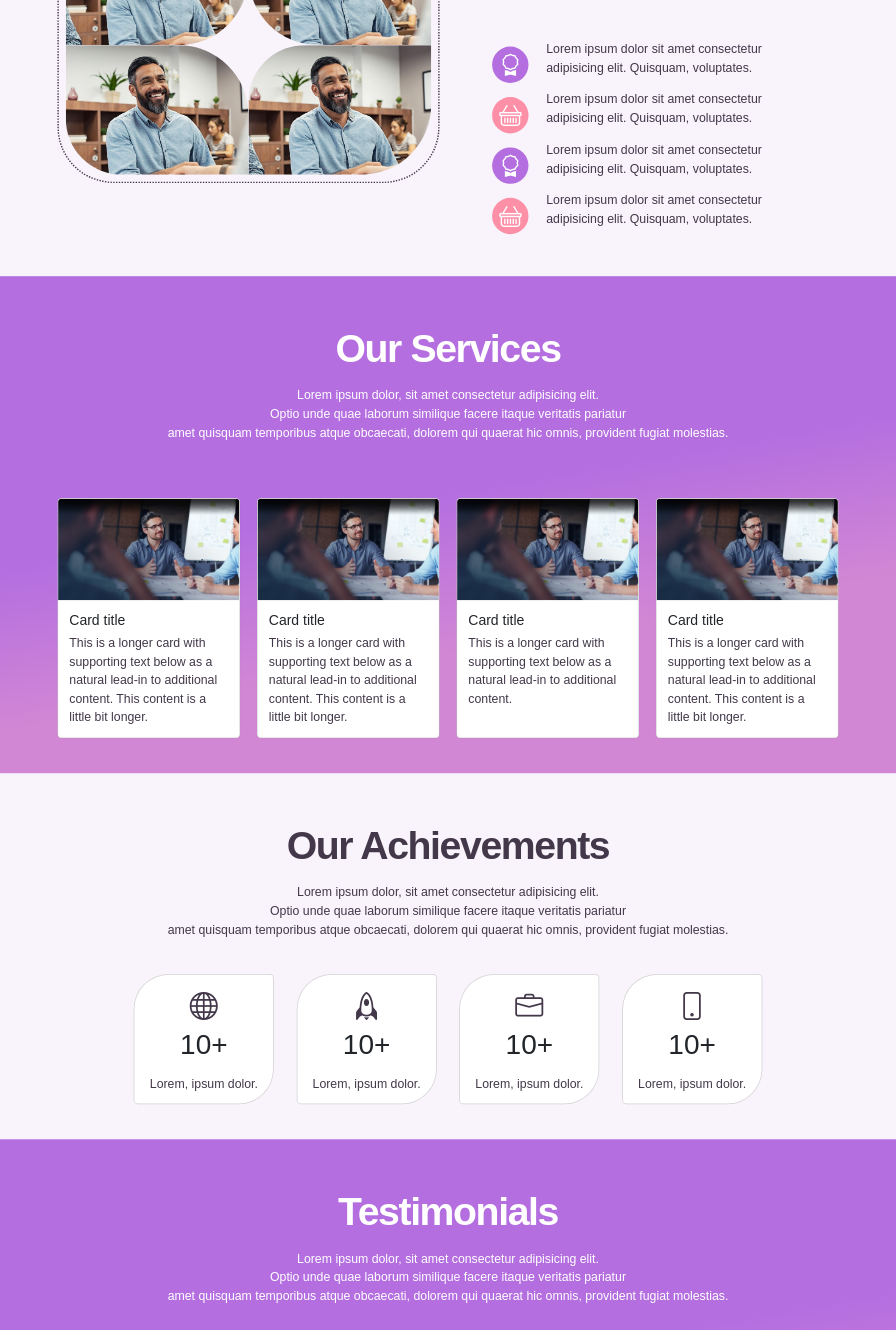
Repository: tagnam/project27012025
Page: index.html
An editor plug-in stored every save of this project. The page is shown before and after a run of saves, followed by the edit.
The browser window is 1280 px wide. The pictures show the part of the page from y = 1021 to 2921 px (the page is 3402 px tall before and 3189 px after), at 70% of full size.
A picture or video elsewhere on the page could not be fetched, so the positions and the page height are approximate.

Above is the page before, as saved 2025-01-28 12:55:46.

### index.html
<!DOCTYPE html>
<html lang="en">
    <head>
        <meta charset="UTF-8" />
        <meta name="viewport" content="width=device-width, initial-scale=1.0" />
        <link href="https://cdn.jsdelivr.net/npm/bootstrap@5.3.3/dist/css/bootstrap.min.css" rel="stylesheet" integrity="sha384-QWTKZyjpPEjISv5WaRU9OFeRpok6YctnYmDr5pNlyT2bRjXh0JMhjY6hW+ALEwIH" crossorigin="anonymous" />
        <link rel="stylesheet" href="style/css/index.css" />
        <link rel="stylesheet" href="style/css/animation.css" />
        <link rel="stylesheet" href="style/css/responsive.css" />
        <title>project27012025</title>
    </head>
    <body>
        <header>
            <!-- --------------------------------------------start nav bar ------------------------------->
            <nav class="navbar navbar-expand-lg custom-nav">
                <div class="container">
                    <div class="collapse navbar-collapse justify-content-between" id="navbarSupportedContent">
                        <a class="navbar-brand" href="#">Navbar</a>
                        <ul class="navbar-nav">
                            <li class="nav-item">
                                <a class="nav-link" href="#"><i class="bi bi-facebook"></i></a>
                            </li>
                            <li class="nav-item">
                                <a class="nav-link" href="#"><i class="bi bi-instagram"></i></a>
                            </li>
                            <li class="nav-item">
                                <a class="nav-link" href="#"><i class="bi bi-twitter"></i></a>
                            </li>
                        </ul>
                        <div class="d-flex">
                            <div class="menu-container" type="button" data-bs-toggle="offcanvas" data-bs-target="#offcanvasExample" aria-controls="offcanvasExample">
                                <span class="span-menu-01 menu-icon"></span>
                                <span class="span-menu-02 menu-icon"></span>
                                <span class="span-menu-03 menu-icon"></span>
                            </div>
                        </div>
                    </div>
                </div>
            </nav>

            <!-- ------------------------------start offcanvas ---------------------------------------->
            <div class="offcanvas offcanvas-start" tabindex="-1" id="offcanvasExample" aria-labelledby="offcanvasExampleLabel">
                <div class="offcanvas-header">
                    <h5 class="offcanvas-title" id="offcanvasExampleLabel">Offcanvas</h5>
                    <button type="button" class="btn-close text-reset" data-bs-dismiss="offcanvas" aria-label="Close"></button>
                </div>
                <div class="offcanvas-body">
                    <div>
                        Some text as placeholder. In real life you can have the elements you have chosen. Like, text, images, lists, etc.
                    </div>
                    <div class="dropdown mt-3">
                        <button class="btn btn-secondary dropdown-toggle" type="button" id="dropdownMenuButton" data-bs-toggle="dropdown">
                            Dropdown button
                        </button>
                        <ul class="dropdown-menu" aria-labelledby="dropdownMenuButton">
                            <li><a class="dropdown-item" href="#">Action</a></li>
                            <li><a class="dropdown-item" href="#">Another action</a></li>
                            <li><a class="dropdown-item" href="#">Something else here</a></li>
                        </ul>
                    </div>
                </div>
            </div>
            <!-- -----------------------------end offcanvas ------------------------------------------->
            <!------------------------------------------------ end navbar ----------------------------->
        </header>
        <section class="hero-section">
            <div class="container" style="height: 100%;">
                <div class="row">
                    <div class="col-lg-6 col-md-6 col-sm-12">
                        <div class="banner-content">
                            <h1>Lorem ipsum dolor dolor sit amet, consectetur</h1>
                            <p>
                                Lorem ipsum dolor sit amet, consectetur adipisicing elit. Doloribus in culpa ipsa, amet ad<br />
                                eveniet. Fugiat architecto atque consequuntur repellendus!
                            </p>
                            <button class="btn btn-primary">Get Started</button>
                        </div>
                    </div>
                    <div class="col-lg-6 col-md-6 col-sm-12">
                        <div class="banner-img d-flex justify-content-end">
                            <img src="image/hero-banner-01.webp" class="w-100" alt="" />
                        </div>
                    </div>
                </div>

            </div>
        </section>
        <section class="client-section">
            <div class="container-fluid">
                <div class="row row-cols-3 row-cols-md-6 g-4">
                    <div class="col client-logo">
                        <a class="navbar-brand w-25" href="#">Navbar</a>
                    </div>
                    <div class="col client-logo">
                        <a class="navbar-brand w-25" href="#">Navbar</a>
                    </div>
                    <div class="col client-logo">
                        <a class="navbar-brand w-25" href="#">Navbar</a>
                    </div>
                    <div class="col client-logo">
                        <a class="navbar-brand w-25" href="#">Navbar</a>
                    </div>
                    <div class="col client-logo">
                        <a class="navbar-brand w-25" href="#">Navbar</a>
                    </div>
                    <div class="col client-logo">
                        <a class="navbar-brand w-25" href="#">Navbar</a>
                    </div>
                </div>
            </div>
        </section>

        <section>
            <div class="container">
                <div class="row">
                    <div class="col-lg-6 col-md-6 col-sm-12">
                        <div class="about-row row row-cols-1 row-cols-md-2 g-0">
                            <div class="col">
                                <div class="img">
                                    <img src="image/elearning-08.jpg" class="about-row-img-01 w-100" alt="" />
                                </div>
                            </div>
                            <div class="col">
                                <div class="img">
                                    <img src="image/elearning-08.jpg" class="about-row-img-02 w-100" alt="" />
                                </div>
                            </div>
                            <div class="col">
                                <div class="img">
                                    <img src="image/elearning-08.jpg" class="about-row-img-03 w-100" alt="" />
                                </div>
                            </div>
                            <div class="col">
                                <div class="img">
                                    <img src="image/elearning-08.jpg" class="about-row-img-04 w-100" alt="" />
                                </div>
                            </div>
                        </div>
                    </div>
                    <div class="col-lg-6 col-md-6 col-sm-12">
                        <div class="about-content">
                            <div class="main-heading">
                                <h2>About Us</h2>
                                <p>
                                    Lorem ipsum dolor, sit amet consectetur adipisicing elit. Optio unde quae laborum similique facere itaque veritatis pariatur amet quisquam temporibus atque obcaecati, dolorem qui quaerat hic omnis,
                                    provident fugiat molestias.
                                </p>
                            </div>
                            <div class="about-list">
                                <div class="row">
                                    <div class="col-md-2">
                                        <div class="about-icon">
                                            <i class="bi bi-award"></i>
                                        </div>
                                    </div>
                                    <div class="col-md-10">
                                        <div class="about-text">
                                            <p>Lorem ipsum dolor sit amet consectetur adipisicing elit. Quisquam, voluptates.</p>
                                        </div>
                                    </div>
                                </div>
                                <div class="row">
                                    <div class="col-md-2">
                                        <div class="about-icon">
                                            <i class="bi bi-basket"></i>
                                        </div>
                                    </div>
                                    <div class="col-md-10">
                                        <div class="about-text">
                                            <p>Lorem ipsum dolor sit amet consectetur adipisicing elit. Quisquam, voluptates.</p>
                                        </div>
                                    </div>
                                </div>
                                <div class="row">
                                    <div class="col-md-2">
                                        <div class="about-icon">
                                            <i class="bi bi-award"></i>
                                        </div>
                                    </div>
                                    <div class="col-md-10">
                                        <div class="about-text">
                                            <p>Lorem ipsum dolor sit amet consectetur adipisicing elit. Quisquam, voluptates.</p>
                                        </div>
                                    </div>
                                </div>
                                <div class="row">
                                    <div class="col-md-2">
                                        <div class="about-icon">
                                            <i class="bi bi-basket"></i>
                                        </div>
                                    </div>
                                    <div class="col-md-10">
                                        <div class="about-text">
                                            <p>Lorem ipsum dolor sit amet consectetur adipisicing elit. Quisquam, voluptates.</p>
                                        </div>
                                    </div>
                                </div>
                            </div>
                        </div>
                    </div>
                </div>
            </div>
        </section>
        <section class="service-section">
                <div class="container">
                    <div class="main-heading-white">
                        <h2>Our Services</h2>
                        <p>
                            Lorem ipsum dolor, sit amet consectetur adipisicing elit.<br> Optio unde quae laborum similique facere itaque veritatis pariatur <br>amet quisquam temporibus atque obcaecati, dolorem qui quaerat hic omnis,
                            provident fugiat molestias.
                        </p>
                    </div>
                    <div class="row row-cols-1 row-cols-md-4 g-4">
                        <div class="col">
                          <div class="card h-100">
                            <img src="image/business-banner.jpg" class="card-img-top" alt="...">
                            <div class="card-body">
                              <h5 class="card-title">Card title</h5>
                              <p class="card-text">This is a longer card with supporting text below as a natural lead-in to additional content. This content is a little bit longer.</p>
                            </div>
                          </div>
                        </div>
                        <div class="col">
                          <div class="card h-100">
                            <img src="image/business-banner.jpg" class="card-img-top" alt="...">
                            <div class="card-body">
                              <h5 class="card-title">Card title</h5>
                              <p class="card-text">This is a longer card with supporting text below as a natural lead-in to additional content. This content is a little bit longer.</p>
                            </div>
                          </div>
                        </div>
                        <div class="col">
                          <div class="card h-100">
                            <img src="image/business-banner.jpg" class="card-img-top" alt="...">
                            <div class="card-body">
                              <h5 class="card-title">Card title</h5>
                              <p class="card-text">This is a longer card with supporting text below as a natural lead-in to additional content.</p>
                            </div>
                          </div>
                        </div>
                        <div class="col">
                          <div class="card h-100">
                            <img src="image/business-banner.jpg" class="card-img-top" alt="...">
                            <div class="card-body">
                              <h5 class="card-title">Card title</h5>
                              <p class="card-text">This is a longer card with supporting text below as a natural lead-in to additional content. This content is a little bit longer.</p>
                            </div>
                          </div>
                        </div>
                      </div>
                </div>
        </section>
        <section class="counter-section" style="padding: 50px 0px;">
            <div class="container">
                <div class="main-heading" style="margin-bottom: 50px; text-align: center;">
                    <h2>Our Achievements</h2>
                    <p>
                        Lorem ipsum dolor, sit amet consectetur adipisicing elit.<br> Optio unde quae laborum similique facere itaque veritatis pariatur <br>amet quisquam temporibus atque obcaecati, dolorem qui quaerat hic omnis,
                        provident fugiat molestias.
                    </p>
                </div>
                <div class="row justify-content-center">
                    <div class="col-lg-10 ">
                        <div class="row  g-1 justify-content-center">
                            <div class="col" style="display: flex; justify-content: center;">
                                <div class="card counter-card" >
                                    <div class="counter">
                                        <div class="counter-icon">
                                            <i class="bi bi-globe"></i>
                                        </div>
                                        <h1 class="counter-title">10+</h1>
                                        <p class="counter-text">Lorem, ipsum dolor.</p>
                                    </div>
                                </div>
                            </div>
                            <div class="col" style="display: flex; justify-content: center;">
                                <div class="card counter-card" >
                                    <div class="counter">
                                        <div class="counter-icon">
                                            <i class="bi bi-rocket"></i>
                                        </div>
                                        <h1 class="counter-title">10+</h1>
                                        <p class="counter-text">Lorem, ipsum dolor.</p>
                                    </div>
                                </div>
                            </div>
                            <div class="col" style="display: flex; justify-content: center;">
                                <div class="card counter-card" >
                                    <div class="counter">
                                        <div class="counter-icon">
                                            <i class="bi bi-briefcase"></i>
                                        </div>
                                        <h1 class="counter-title">10+</h1>
                                        <p class="counter-text">Lorem, ipsum dolor.</p>
                                    </div>
                                </div>
                            </div>
                            <div class="col" style="display: flex; justify-content: center;">
                                <div class="card counter-card" >
                                    <div class="counter">
                                            <i class="bi bi-phone"></i>

                                        <h1 class="counter-title">10+</h1>
                                        <p class="counter-text">Lorem, ipsum dolor.</p>
                                    </div>
                                </div>
                            </div>
                        </div>
                    </div>
                </div>
            </div>
        </section>
        <section class="testimonial-section">
            <div class="container">
                <div class="main-heading-white">
                    <h2>Testimonials</h2>
                    <p>
                        Lorem ipsum dolor, sit amet consectetur adipisicing elit.<br />
                        Optio unde quae laborum similique facere itaque veritatis pariatur <br />
                        amet quisquam temporibus atque obcaecati, dolorem qui quaerat hic omnis, provident fugiat molestias.
                    </p>
                </div>
                <div class="row row-cols-1 row-cols-md-3 g-4">
                    <div class="col">
                        <div class="card h-100">


                            <div class="card-body">
                                <div class="img-body">
                                    <img src="..." class="card-img-top" alt="..." />
                                    <h5 class="card-title">Card title</h5>
                                </div>
                                <p class="card-text">This is a longer card with supporting text below as a natural lead-in to additional content. This content is a little bit longer.</p>
                            </div>
                        </div>
                    </div>


                </div>
            </div>
        </section>

        <script src="https://cdn.jsdelivr.net/npm/bootstrap@5.3.3/dist/js/bootstrap.bundle.min.js" integrity="sha384-YvpcrYf0tY3lHB60NNkmXc5s9fDVZLESaAA55NDzOxhy9GkcIdslK1eN7N6jIeHz" crossorigin="anonymous"></script>
        <script src="style/js/custom.js"></script>
    </body>
</html>

Loaded but not shown: style/css/index.css (245 lines, source omitted); style/js/custom.js (no copy from this time; the picture is the same without it); style/css/animation.css (no stored copy; drawn as an empty file); style/css/responsive.css (no stored copy; drawn as an empty file)

After the next 2 saves:
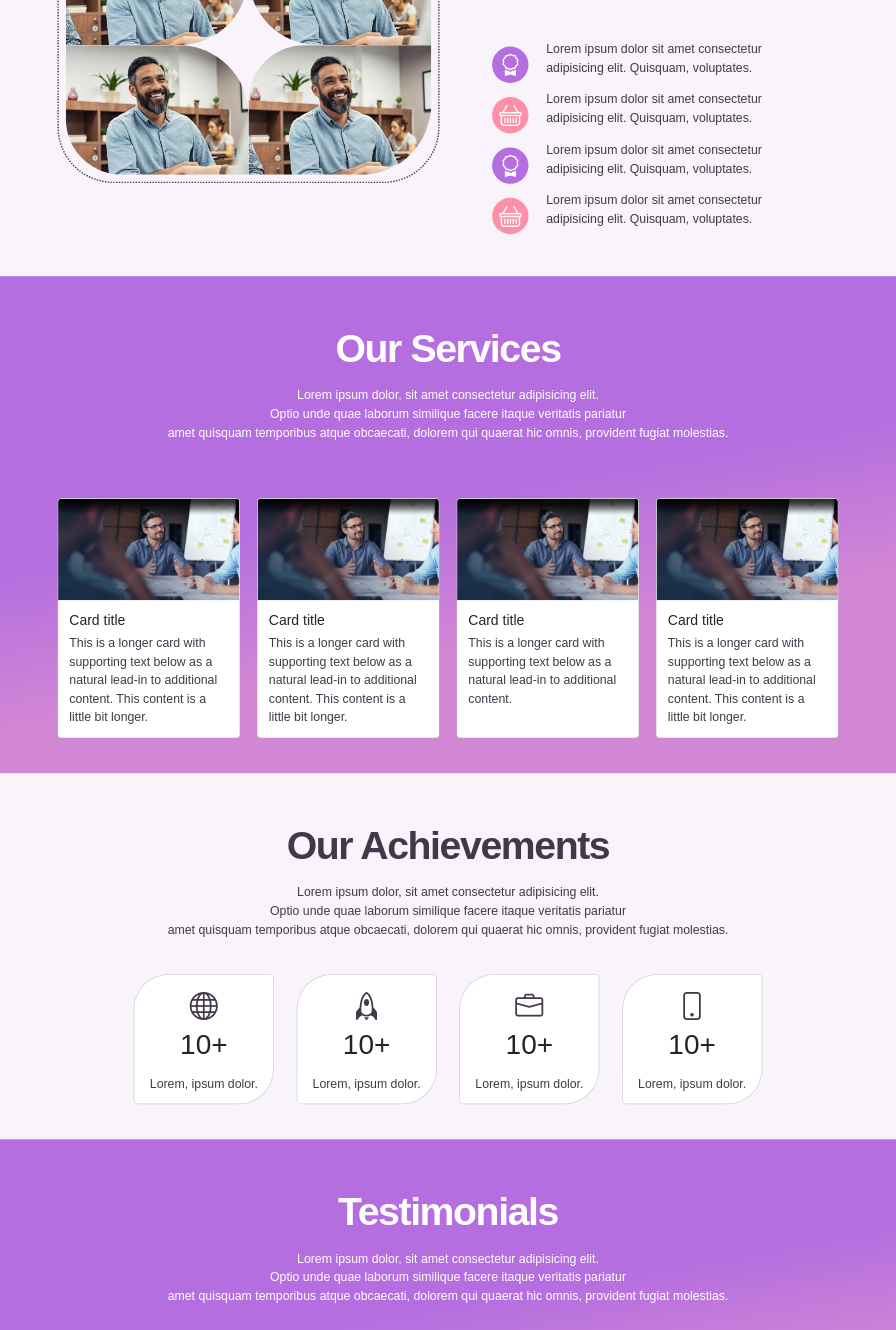
The 2 saves are shown as one change because they came seconds apart.
The last was saved 36 s later.
--- a/index.html
+++ b/index.html
@@ -327,7 +327,7 @@
 
                             <div class="card-body">
                                 <div class="img-body">
-                                    <img src="..." class="card-img-top" alt="..." />
+                                    <img src="..." class="w-25" alt="..." />
                                     <h5 class="card-title">Card title</h5>
                                 </div>
                                 <p class="card-text">This is a longer card with supporting text below as a natural lead-in to additional content. This content is a little bit longer.</p>
